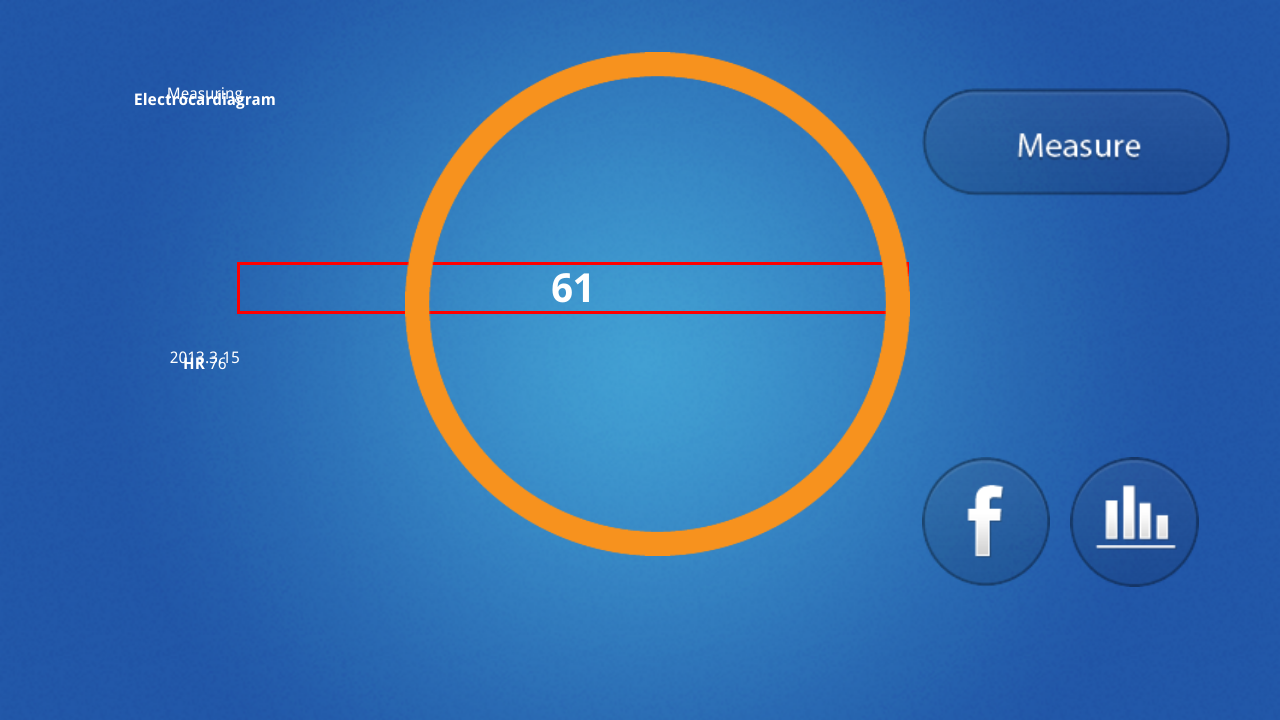
Repository: chouwill79131/IEcontest
Page: BluetoothChat/assets/complete.html
These files come from the project's save history. The page is drawn as it stood at one moment and after the next save; the edit follows.
The browser window is 1280 px wide. The pictures show the whole page.

Above is the page before, as saved 2013-03-08 18:05:50.
Console error: TypeError: Cannot set properties of null (setting 'innerHTML')

### BluetoothChat/assets/complete.html
<html>
  <head>
    <meta http-equiv="Content-Type" content="text/html; charset=utf-8"/>
    <link href="complete.css" rel="stylesheet"/>
    <script src="jquery.js"></script>
    <script src="highcharts.js"></script>
    <script src="delay.js"></script>
    <script src="main.js"></script>
  </head>
  <body>
    <div id="main" >
    	<div class="left">
			<div class="text">
				<div class="word">Electrocardiagram</div><br />
				<div class="subword">Measuring</div><br />

				<div class="hr">HR <span id="hr">76</span></div><br />
				<div class="date">2013.3.15</div>
			</div>

		</div>

		<div class="mid">
			<div class="score">61</div>
			<img class="circle" src="button/circle.png" />
		</div>

		<div class="right">
			<button class="measure"><img src="button/Measure.png" /></button><br />
			<button class="share" ><img src="button/Share.png" /></button>
			<button class="record"><img src="button/Record.png" /></button>
		</div>




	</div>
  </body>
</html>

### BluetoothChat/assets/complete.css
@font-face {
    font-family: droidsans;
    src: url(fonts/droidsans.ttf);
}

@font-face {
    font-family: DroidSans-Bold;
    src: url(fonts/DroidSans-Bold.ttf);
}

body { margin:0; padding:0;}
#main { width: auto; height: 100%; background-image: url(button/background.png); background-size: 100% 100%; }
.left, .mid, .right {float: left; height: 100%; }


.left {  width: 28%; padding-left:2%;}
.text, .hr , .date{ text-align: center; color:white;}
.word { margin-top: 25%;  font-family: DroidSans-Bold ; }
.subword, .date { margin-top:-12%; font-family: droidsans ;}
.hr {  margin-top: 65%;  font-family: DroidSans-Bold ;}
.date { font-family: droidsans ;}
#hr { font-family: droidsans ;}

.mid { width: 41%; }
.circle { width: auto; height:70%; margin-left: 4%; }
.score { text-align: center;border:solid red ; color:white;margin-top:50%; z-index: 1;  margin-left:-28% ; font-family: DroidSans-Bold ;font-size: 30pt;}
.circle { margin-top: -50%; z-index: 2; }

.right { width: 29%; }
.right button { float: left; border: none; background: transparent; }
.measure img {margin-top: 10%; width: auto;  height:15%; }
.share img, .record img { width: auto;  height:18%; }
.measure { margin-left: 2%; margin-top: 15%; }
.share, .record { background: red;margin-top: 70%; margin-left: 2%; }


<!--
border? font? .record_top
-->

### BluetoothChat/assets/delay.js

$(function(){
setTimeout(function(){
$.getScript("dy_chart.js");
},200)
})

### BluetoothChat/assets/main.js
var chart;
var step = 0.01;	//step0.008每秒125點	//0.005極限
var xstart = step;
var hr = "--";
var score = "--";
var index;
$(document).ready(function ready() {

    var s = "";
    var theDate = new Date();
    s += theDate.getYear()+1900 + ".";                //  年
    s += (theDate.getMonth() + 1) + ".";				// 月
    s += theDate.getDate(); 							// 日
    document.getElementById("date").innerHTML = s;
    index = document.getElementById("main").innerHTML; //保留首頁

    $(".measure").live("click", function() {
      measure();
    }); //click .measure


}); //(document).ready

function shared(){
	view1 = document.getElementById("rhythm").innerHTML;
	document.getElementById("rhythm").innerHTML = view1+'<img class="stop" src="button/complete.png" style="width:100%; margin-top: -50% ;z-index:5;position: relative;" />';
	$("#main").live("click", function() {
      document.getElementById("rhythm").innerHTML = view1;
    });
}

function complete(hr1,score1){
  hr = hr1;
  score = score1;
  view = document.getElementById("dy_chart").innerHTML;
  document.getElementById("dy_chart").innerHTML = view+'<img class="stop" src="button/Completed.png" style="width:50%; margin: -20% 0% 0% 25%; z-index:2;position: relative;" />';
  $(".stop").html('<img src="button/Continue.png" />');
}

function addSomething(a) {
  for (var i in a){
    chart.series[0].addPoint([xstart,a[i]],false,true);
    xstart += step;
  }
  chart.redraw();
}

function history(history){
	view2 = document.getElementById("main").innerHTML;
    $("#main").html(
    '<div class="main1">'+
	'<div class="contain">'+
	'<div id="dy_chart" style="z-index:1;position: relative;"></div>'+
	'</div>'+
	'<div id="foot">'+
	'<button class="stop">'+
	'<img src="button/Back.png" />'+
	'</button>'+
	'</div>'+
    '</div>'
    );

    Highcharts.setOptions({
      global: {
	useUTC: true
      }
    });

    hischart = new Highcharts.Chart({
      chart: {
		renderTo: 'dy_chart',
		backgroundColor: 'transparent',
		type: 'line',
      },
      title: {
		style:{ color: '#FFFFFF'},
		text: 'Measure history',
      },
      credits: {			// highchart.com
		enabled:false
      },
      legend: {  			// 線的標示
        enabled: false
      },
      xAxis: {
      	type: 'datetime',
		dateTimeLabelFormats: { // don't display the dummy year
	  		month: '%e. %b',
	  		year: '%b'
		},
		lineColor: '#FFFFFF',
		labels: {
	  		style: {
				color: '#FFFFFF',
			}
		}
	  },
	  yAxis: {
	    title: {text: 'Feeling',
	    			style: {
						color: '#FFFFFF',
					}
				},
	  	gridLineColor: '#FFFFFF',
	  	labels: {
	  		style: {
				color: '#FFFFFF',
			}
		}
	  },
	  plotOptions: {
                line: {
                    dataLabels: {
                        enabled: true,
                        color: '#FFFFFF',
                    },
                    enableMouseTracking: true,
                }
      },
	series: [{
	  name: 'measure history',
	  color: '#FFFFFF',
	  data: history
	}],
    });

    $(".stop").live("click", function(){
 //     hr = "--";
      $(".main1").html(view2);
 //     document.getElementById("hr").innerHTML = hr;
    });
};// .record click

function measure(){
	xstart = 0.01;
	$("#main").html('<div class="main1">'+
		'<div class="contain">'+
		'<div id="dy_chart" style="z-index:1;position: relative;"></div>'+
		'</div>'+
		'<div id="foot">'+
		'<button class="stop" onclick="window.MyHandler.disconnect()">'+
		'<img src="button/Stop.png" />'+
		'</button>'+
		'</div>'+
      	'</div>');
    Highcharts.setOptions({
      global: {useUTC: true }
    });
    chart = new Highcharts.Chart({
      chart: {
		renderTo: 'dy_chart',
		backgroundColor: 'transparent',
		type: 'spline',
		marginRight: 10,
      },
      credits: {enabled:false},
      title: {
		style:{ color: '#FFFFFF'},
		text: 'Electrondiagram',
      },
      xAxis: {
		type: 'x Axis',
		style:{ color: '#FFFFFF'},
		tickPixelInterval: 100,
		lineColor: '#FFFFFF',
		labels: {style: {color: '#FFFFFF'}},
      },
      yAxis: {
      	title: {
      		text: 'Score',
      		style: {color: '#FFFFFF'}},
	  		gridLineColor: '#FFFFFF',
	  		labels: {style: {color: '#FFFFFF'}},
			//max:1500,
			//min:0,
			title: {
	  			style:{ color: '#FFFFFF'},
	  			text: 'PPG'
	  		},
			plotLines: [{value: 0,width: 1}]
      	},
      	legend: {enabled: false},
      	exporting: {enabled: false},
      	plotOptions: {
			spline: {
	  			lineWidth: 1,
	  			states: {
	    			hover: {
	      				enabled: false,
	      				lineWidth: 2
	    			}
	  			},
	  		marker: {
	    		enabled: false,
	    		states: {
	      			hover: {
						enabled: false,
	      			}
	    		}
	  		},
		}
      }, // yAxis
      series: [{
		name: 'Data',
		color: '#FFFFFF',
		data: (function() {
	  		var data = [];
	  		var step = 0.01;	//step0.008每秒125點	//0.005極限
			var xstart = step;
	  		for (var i = -4; i <= xstart; i+=step){data.push({x: i,y: 0 });}
	  		return data;
		})()
		}]
    }); //Highcharts

    hr = '--';
    score = '--';
    $(".stop").live("click",function() {
      $(".main1").html(index);
      document.getElementById("hr").innerHTML = hr;
      document.getElementById("rhythm").innerHTML = '<div id="score">'+score+'</div><img class="circle" src="button/circle.png" />';
    }); //click .stop
}

### BluetoothChat/assets/dy_chart.js
var chart;
var step = 0.01;	//step0.008每秒125點	//0.005極限
var xstart = step;
//a = Math.random();
var hr = 15;
var score = 80;
function complete(hr1,score1){
	hr = hr1;
	score = score1;
	view = document.getElementById("dy_chart").innerHTML;
	document.getElementById("dy_chart").innerHTML = view+'<img class="stop" src="button/60.png" style="width:50%; margin: -20% 0% 0% 25%; z-index:2;position: relative;" /><br />'+hr+',<br />'+score;
}

function addSomething(a) {
//	setInterval(function() {        			 // for testing feq
	for (var i in a){
		chart.series[0].addPoint([xstart,a[i]],false,true);
		xstart += step;
	}

	/**
	chart.series[0].addPoint([xstart,a],false,true);
	xstart += step;
	**/

	chart.redraw();
//	}, 1000);									// for testing feq
}



$(function () {
	$(".stop").click(function() {
	$(".main1").html('  <div id="main" >'+
    	'<div class="left">'+
			'<div class="text">'+
				'<div class="word">Electrocardiagram</div><br />'+
				'<div class="subword">Measuring</div><br />'+
				'<div class="hr">HR <span id="hr"></span></div>'+
				'<div id="date"></div>'+
			'</div>'+
		'</div>'+
		'<div class="mid" id="mid">'+
			'<div class="score">84</div>'+
			'<img class="circle" src="button/circle.png" />'+
		'</div>'+
		'<div class="right">'+
			'<button class="measure"><img src="button/Measure.png" /></button><br />'+
			'<button class="share" ><img src="button/Share.png" /></button>'+
			'<button class="record"><img src="button/Record.png" /></button>'+
		'</div>'+
	'</div>');
 // 		window.location.href = "complete.html";
	});
    $(document).ready(function() {
        Highcharts.setOptions({
            global: {
                useUTC: false
            }
        });

        chart = new Highcharts.Chart({
            chart: {
                renderTo: 'dy_chart',
                backgroundColor: 'transparent',
                type: 'spline',
                marginRight: 10,
            },
            credits: {
            enabled:false
            }
            ,
            title: {
            	style:{ color: '#FFFFFF'},
                text: 'Electrondiagram',
            },
            xAxis: {
                type: 'x Axis',
                style:{ color: '#FFFFFF'},
                tickPixelInterval: 150
            },
            yAxis: {
            	max:1500,
            	min:0,
                title: {
                	style:{ color: '#FFFFFF'},
                    text: 'Value'
                },
                plotLines: [{
                    value: 0,
                    width: 1,
                }]
            },

            legend: {
                enabled: false
            },
            exporting: {
                enabled: false
            },
	    plotOptions: {
                spline: {
                   lineWidth: 1,
                   states: {
                       hover: {
                       	enabled: false,
                        lineWidth: 2
                       }
                   },
                   marker: {
                      enabled: false,
                      states: {
                          hover: {
                             enabled: false,
                          }
                      }
                  },
               }
            },
            series: [{
                name: 'Data',
                color: '#FFFFFF',
                data: (function() {
                    // generate an array of random data
                    var data = [],
                        time = (new Date()).getTime(),i;

                    for (i = -4; i <= xstart; i+=step) {
                        data.push({
                            x: i,
                            y: 0
                        });
                    }
                    return data;
                })()
            }]
        });
    });
});

Loaded but not shown: BluetoothChat/assets/jquery.js (library); BluetoothChat/assets/highcharts.js (library)

After the next save:
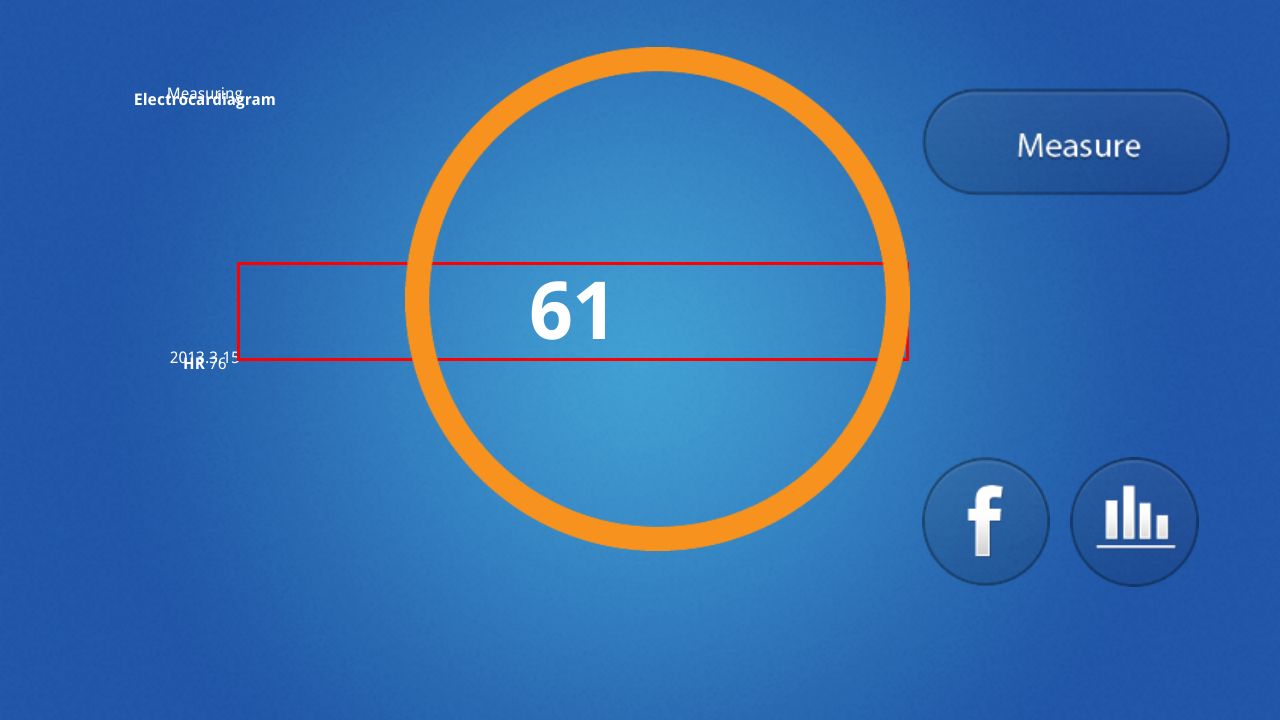
Saved 28 s later.
--- a/BluetoothChat/assets/complete.css
+++ b/BluetoothChat/assets/complete.css
@@ -23,8 +23,8 @@ body { margin:0; padding:0;}
 
 .mid { width: 41%; }
 .circle { width: auto; height:70%; margin-left: 4%; }
-.score { text-align: center;border:solid red ; color:white;margin-top:50%; z-index: 1;  margin-left:-28% ; font-family: DroidSans-Bold ;font-size: 30pt;}
-.circle { margin-top: -50%; z-index: 2; }
+.score { text-align: center;border:solid red ; color:white;margin-top:50%; z-index: 1;  margin-left:-28% ; font-family: DroidSans-Bold ;font-size: 60pt;}
+.circle { margin-top: -60%; z-index: 2; }
 
 .right { width: 29%; }
 .right button { float: left; border: none; background: transparent; }
